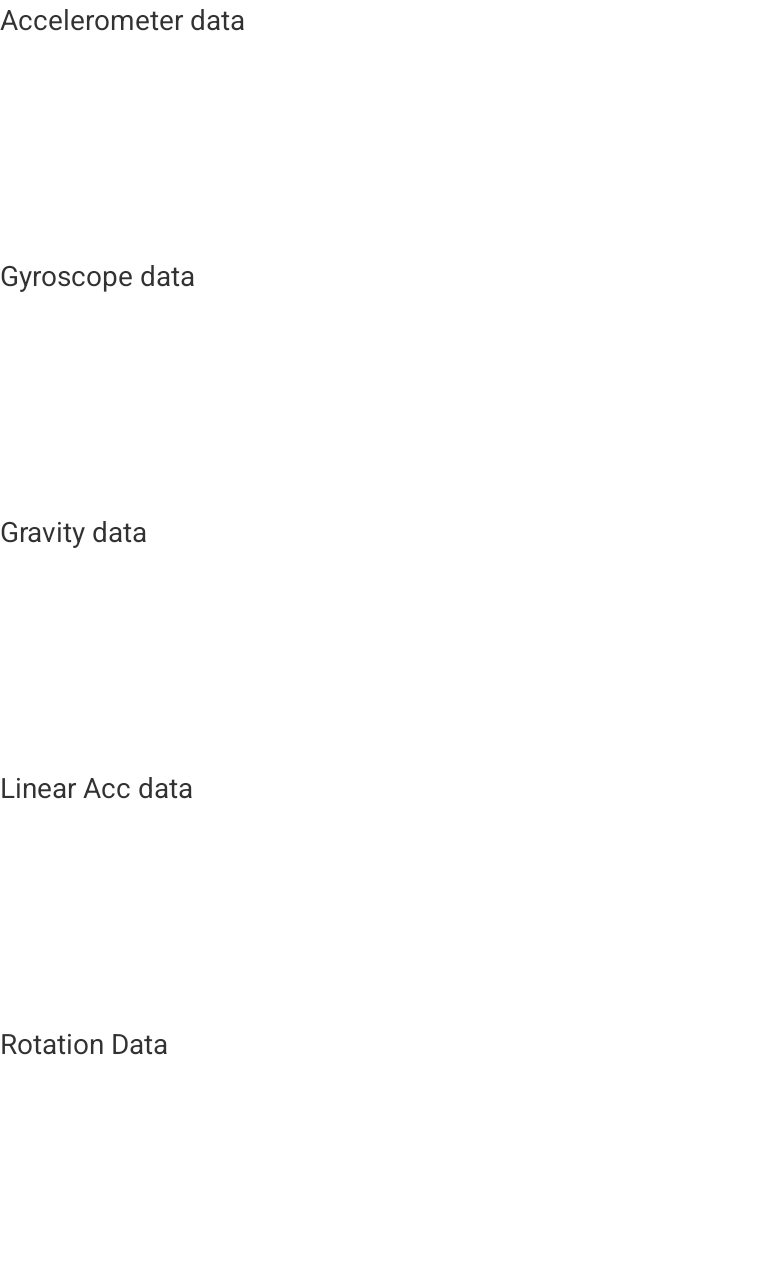
Repository: anubhavchaturvedi/MotionDroid
Layout: MotionDroid_Server/res/layout/stats_for_nerds.xml
These files come from the project's save history. The layout is drawn as it stood at one moment and after the next save; the edit follows.
It is drawn on a 768 x 1280 px phone screen (xhdpi) without system bars, with theme AppTheme; the app's code is not run.

Above is the layout before, as saved 2014-03-16 19:47:32.

After the next save:
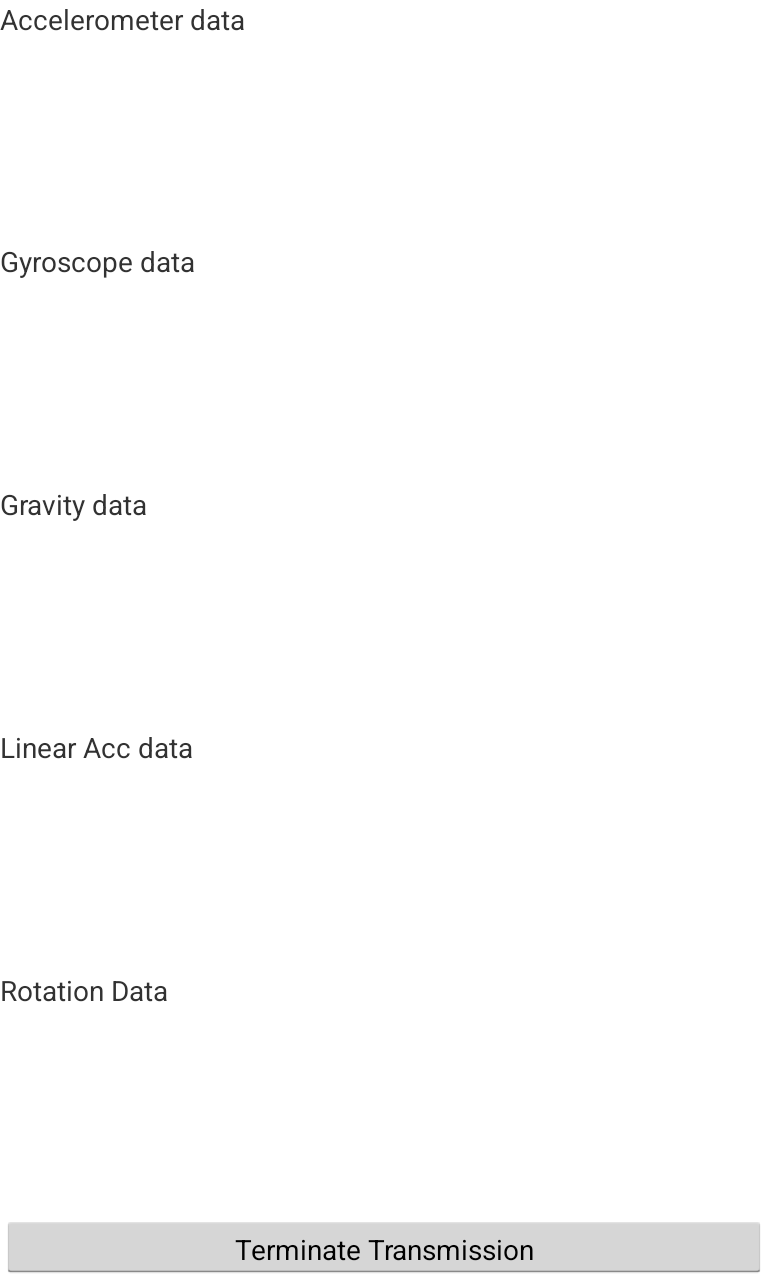
Saved 11 h 13 min later.
--- a/MotionDroid_Server/res/layout/stats_for_nerds.xml
+++ b/MotionDroid_Server/res/layout/stats_for_nerds.xml
@@ -40,4 +40,11 @@
         android:layout_weight="1"
         android:text="Rotation Data" />
 
+    <Button
+        android:id="@+id/button1"
+        style="?android:attr/buttonStyleSmall"
+        android:layout_width="match_parent"
+        android:layout_height="33dp"
+        android:text="Terminate Transmission" />
+
 </LinearLayout>
